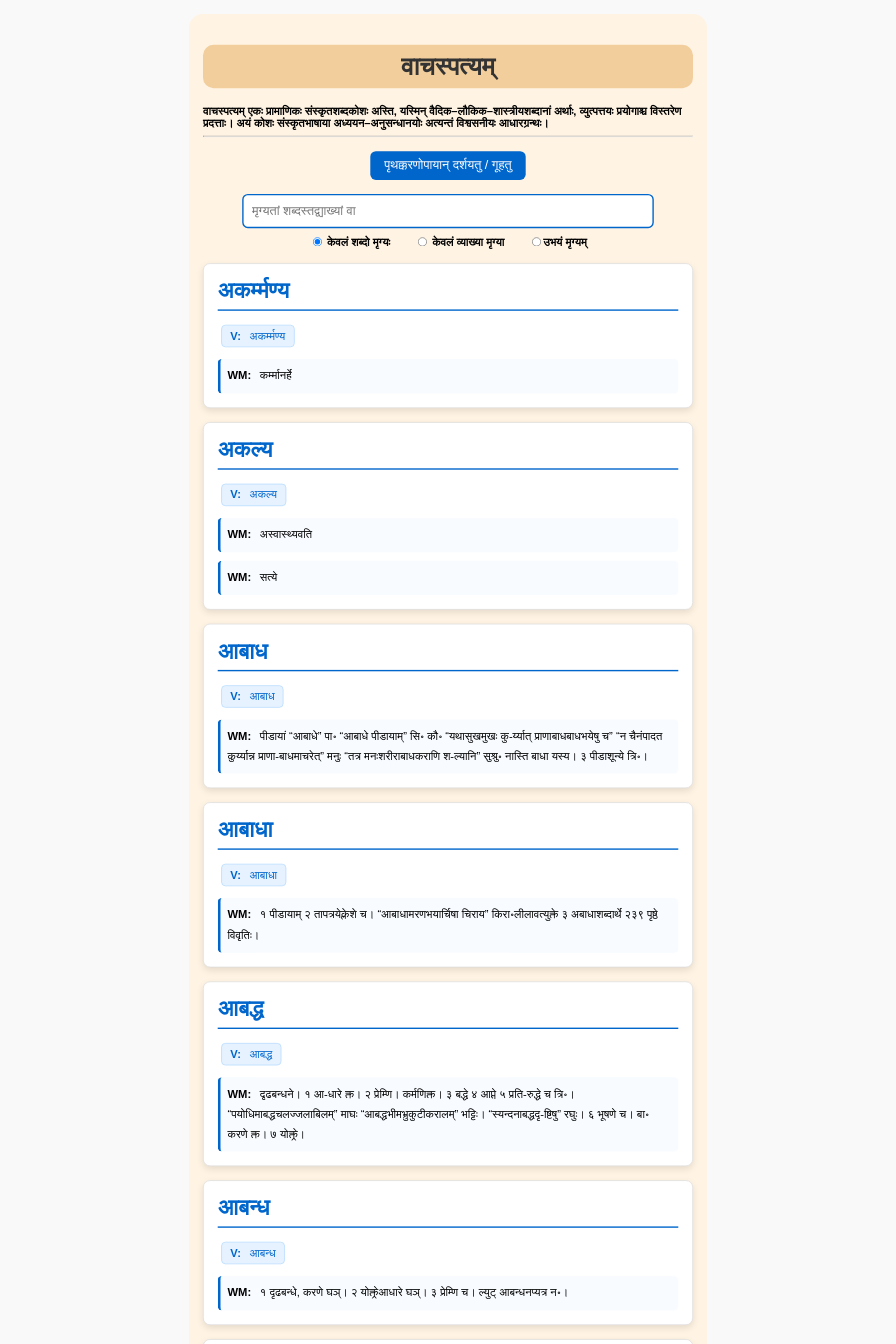
Repository: sanskritsphere/vachaspatyam-demo
Page: index.html
An editor plug-in stored every save of this project. The page is shown before and after the next save, followed by the edit.
The browser window is 1280 px wide. The pictures show the part of the page from y = 0 to 1920 px (the page is 3441 px tall), at 70% of full size.

Above is the page before, as saved 2025-12-14 12:41:11.

After the next save:
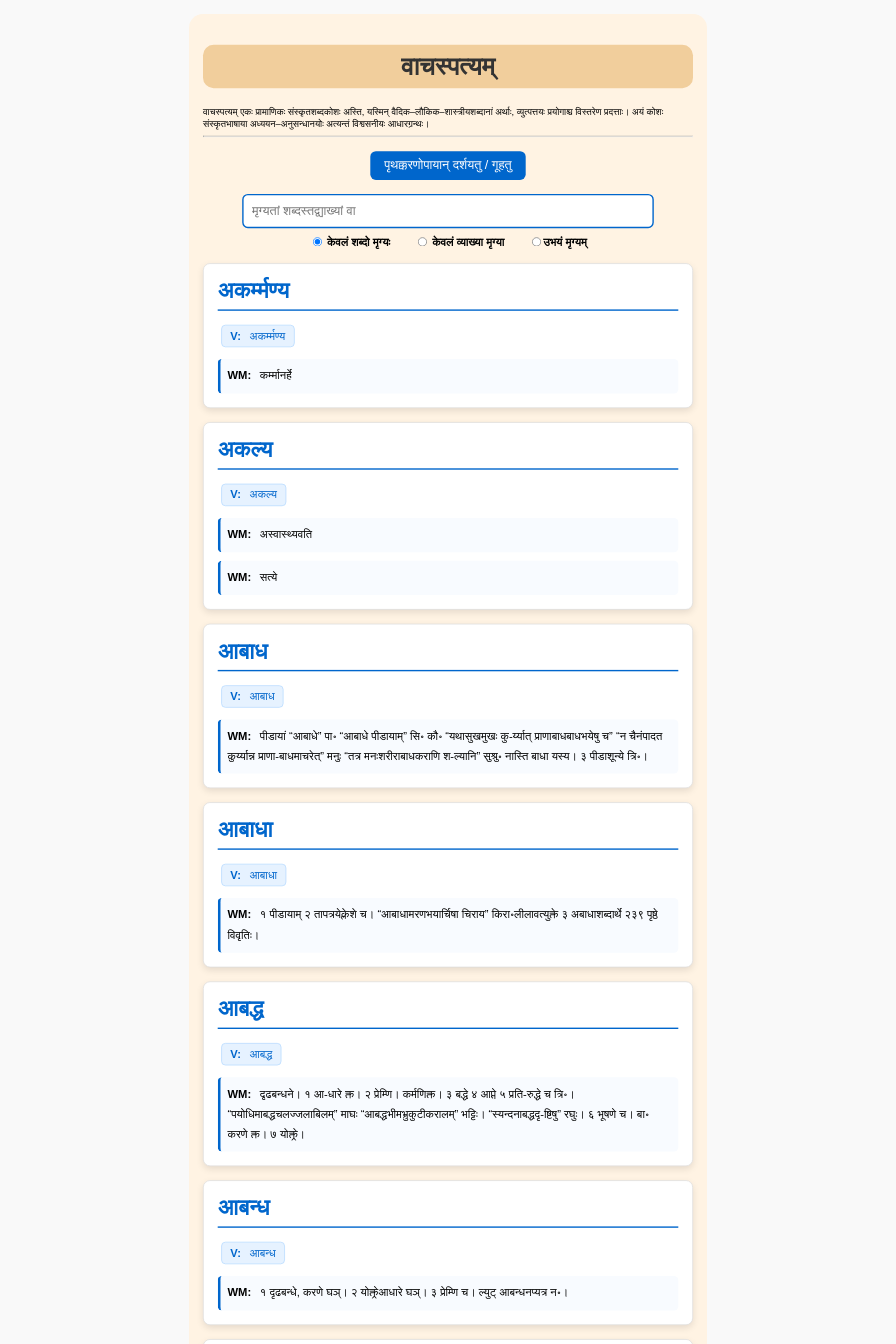
Saved 84 s later.
--- a/style.css
+++ b/style.css
@@ -29,7 +29,7 @@
             border-radius: 15px;
         }
        header .small{
-            font-weight: 700;
+            font-size: smaller;
 
         }
         #toggleFilters {
